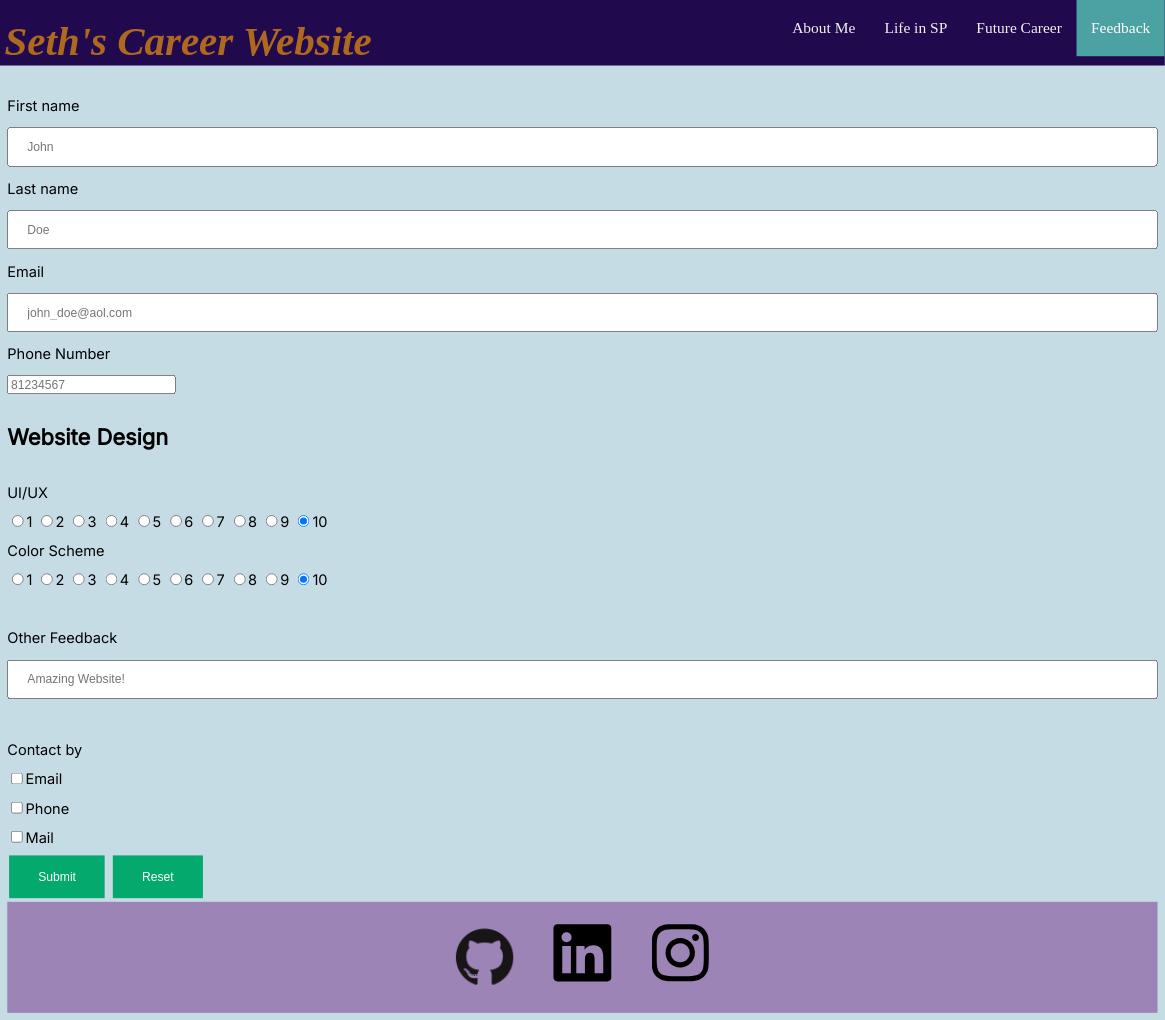
Repository: idkSeth/SP-FED-Website
Page: feedback.html
The author's editor kept a record of every edit. The page is drawn from the files as they stood at one moment, then again after the next edit.
The browser window is 1280 px wide. The pictures show the whole page, at 91% of full size.
Some web fonts or font styles are not loaded; a fallback is used.

Above is the page before.

After the next edit:
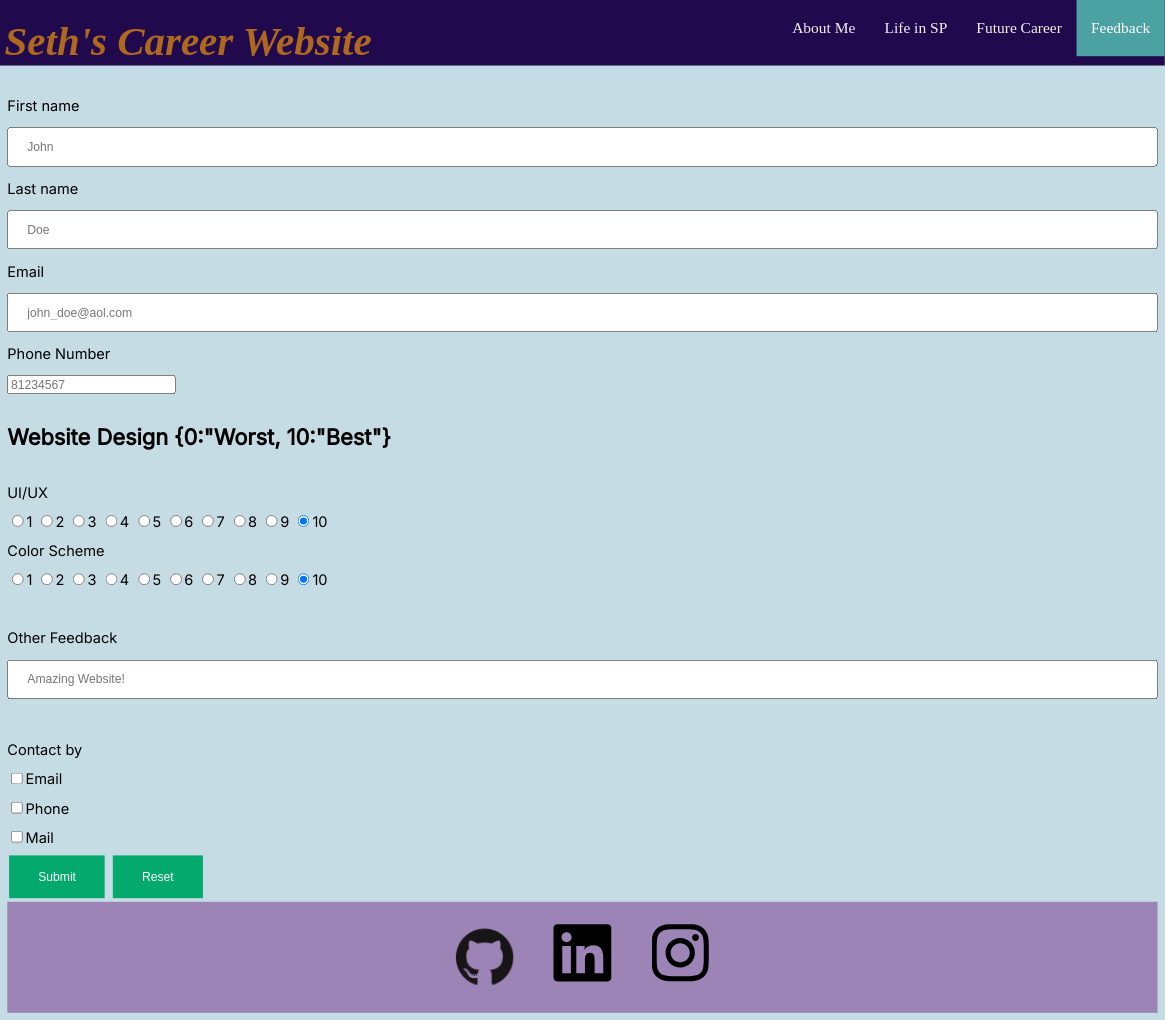
The edit:
--- a/feedback.html
+++ b/feedback.html
@@ -36,7 +36,7 @@
 
 
 
-            <h2>Website Design</h2>
+            <h2>Website Design {0:"Worst, 10:"Best"}</h2>
             <label for="UI-UX">UI/UX</label> <br>
             <input type="radio" id="1" name="UI-UX" value="1"  required>1
             <input type="radio" id="2" name="UI-UX" value="2">2
